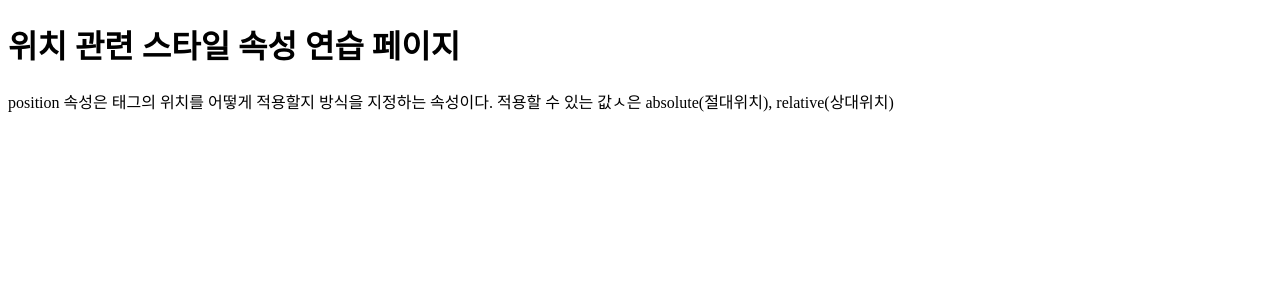
Repository: bianchi112/ict-data
Page: web_workspace/testCSSProject/src/main/webapp/views/test/position.html
These files come from the project's save history. The page is drawn as it stood at one moment and after the next save; the edit follows.
The browser window is 1280 px wide. The pictures show the whole page.

Above is the page before, as saved 2024-09-02 06:37:03.

After the next save:
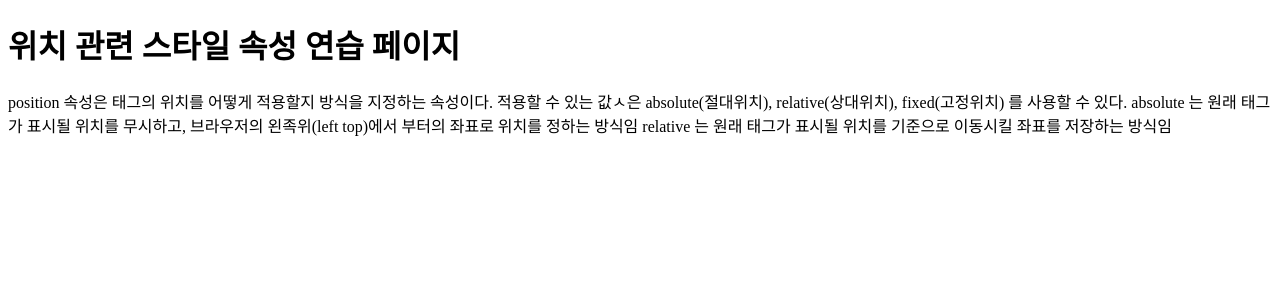
Saved 2 min 21 s later.
--- a/web_workspace/testCSSProject/src/main/webapp/views/test/position.html
+++ b/web_workspace/testCSSProject/src/main/webapp/views/test/position.html
@@ -10,7 +10,9 @@
 </header>
 <p id="area1">
 position 속성은 태그의 위치를 어떻게 적용할지 방식을 지정하는 속성이다.
-적용할 수 있는 값ㅅ은 absolute(절대위치), relative(상대위치)
+적용할 수 있는 값ㅅ은 absolute(절대위치), relative(상대위치), fixed(고정위치) 를 사용할 수 있다.
+absolute 는 원래 태그가 표시될 위치를 무시하고, 브라우저의 왼족위(left top)에서 부터의 좌표로 위치를 정하는 방식임
+relative 는 원래 태그가 표시될 위치를 기준으로 이동시킬 좌표를 저장하는 방식임
 </p>
 </body>
 </html>
